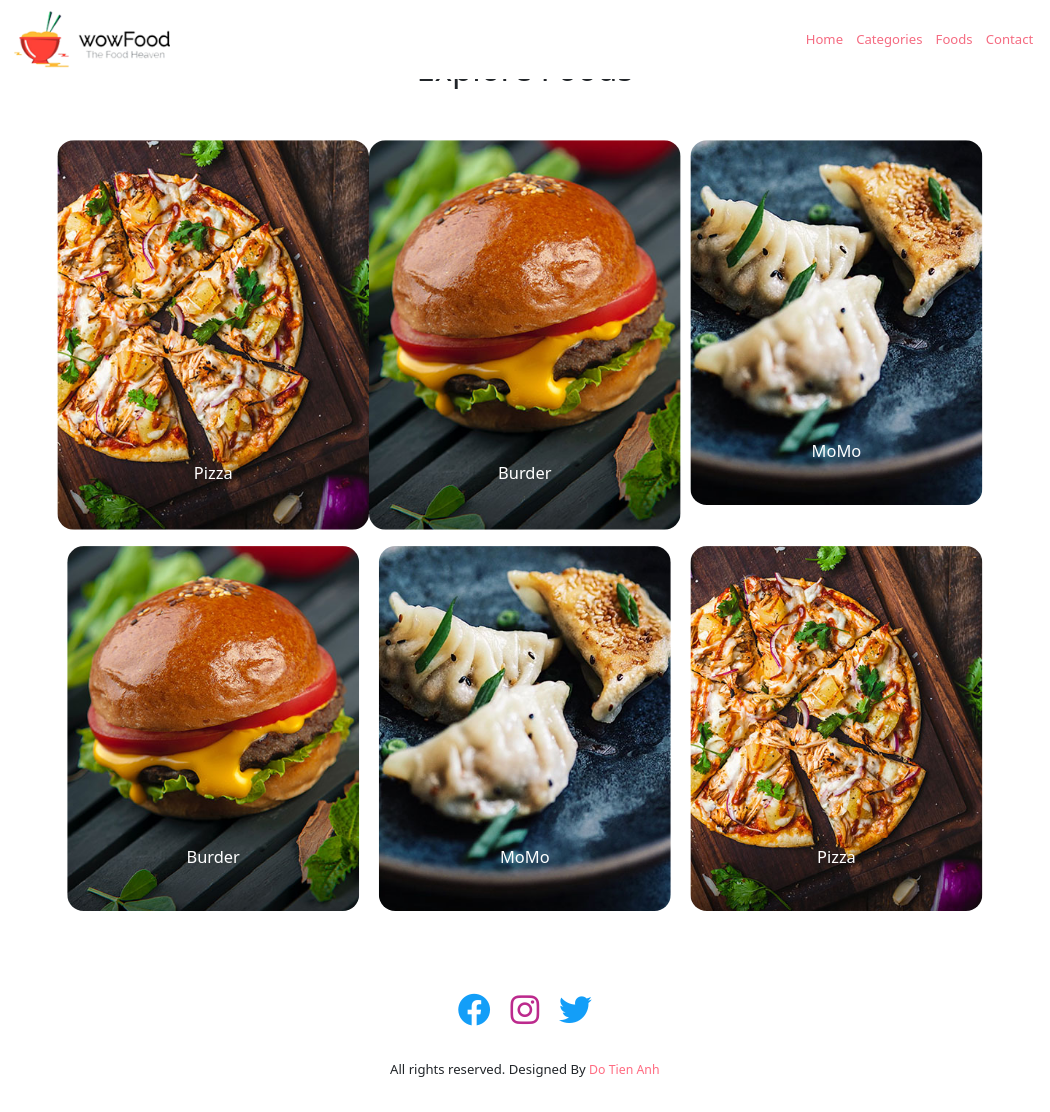
Repository: ruaruababa/RestaurantBS5
Page: http://localhost/html/categories.php
An editor plug-in stored every save of this project. The page is shown before and after a run of saves, followed by the edit.
The browser window is 1280 px wide. The pictures show the whole page, at 82% of full size.
The page is run by PHP 8.4 with error messages shown; the project is at /var/www/html/.

Above is the page before, as saved 2021-09-26 21:38:23.

### html/categories.php
<!DOCTYPE html>
<html lang="en">

<head>
    <meta charset="UTF-8">
    <meta http-equiv="X-UA-Compatible" content="IE=edge">
    <meta name="viewport" content="width=device-width, initial-scale=1.0">

    <title>Categories</title>
    <link href="https://cdn.jsdelivr.net/npm/bootstrap@5.1.1/dist/css/bootstrap.min.css" rel="stylesheet"
        integrity="sha384-F3w7mX95PdgyTmZZMECAngseQB83DfGTowi0iMjiWaeVhAn4FJkqJByhZMI3AhiU" crossorigin="anonymous" />
    <link rel="stylesheet" href="https://cdn.jsdelivr.net/npm/bootstrap-icons@1.5.0/font/bootstrap-icons.css" />
    <link rel="stylesheet" href="https://cdnjs.cloudflare.com/ajax/libs/font-awesome/6.0.0-beta2/css/all.min.css"
        integrity="sha512-YWzhKL2whUzgiheMoBFwW8CKV4qpHQAEuvilg9FAn5VJUDwKZZxkJNuGM4XkWuk94WCrrwslk8yWNGmY1EduTA=="
        crossorigin="anonymous" referrerpolicy="no-referrer" />
    <link rel="stylesheet" href="/restaurantbs5/css/style.css" />
</head>

<body>
    <nav class="navbar navbar-expand-lg navbar-light bg-light nav-fixed">
        <div class="container-fluid">
            <a class="navbar-brand" href="#">
                <img src="/restaurantbs5/img/logo.png" alt="" />
            </a>
            <button class="navbar-toggler" type="button" data-bs-toggle="collapse"
                data-bs-target="#navbarSupportedContent" aria-controls="navbarSupportedContent" aria-expanded="false"
                aria-label="Toggle navigation">
                <span class="navbar-toggler-icon"></span>
            </button>
            <div class="collapse navbar-collapse" id="navbarSupportedContent">
                <ul class="navbar-nav">
                    <li class="nav-item">
                        <a class="nav-link active nav-link-fixed" aria-current="page" href="/html/index.php">Home</a>
                    </li>
                    <li class="nav-item">
                        <a class="nav-link active nav-link-fixed" aria-current="page" href="/html/categories.php">Categories</a>
                    </li>
                    <li class="nav-item">
                        <a class="nav-link active nav-link-fixed" aria-current="page" href="/html/foods.php">Foods</a>
                    </li>
                    <li class="nav-item">
                        <a class="nav-link active nav-link-fixed" aria-current="page" href="#">Contact</a>
                    </li>
                </ul>
            </div>
        </div>
    </nav>

    <div class="slider">
        <!-- CATEGORIES -->
        <div class="slider__explorefoods">
            <h3 class="slider__heading">Explore Foods</h3>
            <div class="container">
                <div class="row hover-blur">
                    <!-- row1 -->
                    <div class=" col-lg-4 col-md-6 col-6 hover-blur-item">
                        <div class="slider__images-title">
                            <img src="/restaurantbs5/img/pizza.jpg" alt="" class="slider__img">
                            <h4 class="slider__img-text">Pizza</h4>
                        </div>
                    </div>
                    <div class=" col-lg-4 col-md-6 col-6 hover-blur-item">
                        <div class="slider__images-title">
                            <img src="/restaurantbs5/img/burger.jpg" alt="" class="slider__img">
                            <h4 class="slider__img-text">Burder</h4>
                        </div>
                    </div>
                    <div class=" col-lg-4 col-md-6 col-6">
                        <div class="slider__images-title">
                            <img src="/restaurantbs5/img/momo.jpg" alt="" class="slider__img">
                            <h4 class="slider__img-text">MoMo</h4>
                        </div>
                    </div>

                    <!-- row2 -->
                    <div class=" col-lg-4 col-md-6 col-6">
                        <div class="slider__images-title">
                            <img src="/restaurantbs5/img/burger.jpg" alt="" class="slider__img">
                            <h4 class="slider__img-text">Burder</h4>
                        </div>
                    </div>
                    <div class=" col-lg-4 col-md-6 col-6">
                        <div class="slider__images-title">
                            <img src="/restaurantbs5/img/momo.jpg" alt="" class="slider__img">
                            <h4 class="slider__img-text">MoMo</h4>
                        </div>
                    </div>
                    <div class="col-lg-4 col-md-6 col-6">
                        <div class="slider__images-title">
                            <img src="/restaurantbs5/img/pizza.jpg" alt="" class="slider__img">
                            <h4 class="slider__img-text">Pizza</h4>
                        </div>
                    </div>
                </div>
            </div>
        </div>

        <!-- ----------------------------------------------------------------------------- -->

    </div>
    <!-- FOOTER -->
    <div class="footer">
        <div class="footer__item">
            <a href="https://vi-vn.facebook.com/">
                <i class="footer__item-icon fab fa-facebook"></i>
            </a>
            <a href="">
                <i class="footer__item-icon2 fab fa-instagram"></i>
            </a>
            <a href="">
                <i class="footer__item-icon fab fa-twitter"></i>
            </a>

        </div>
        <div class="footer__text">
            <span>
                All rights reserved. Designed By&nbsp

            </span>

            <span class="footer__name-dev"> Do Tien Anh</span>

        </div>
    </div>
    <script src="https://cdn.jsdelivr.net/npm/bootstrap@5.1.1/dist/js/bootstrap.bundle.min.js"
        integrity="sha384-/bQdsTh/da6pkI1MST/rWKFNjaCP5gBSY4sEBT38Q/9RBh9AH40zEOg7Hlq2THRZ" crossorigin="anonymous">
    </script>
</body>

</html>

### css/style.css
body {
    overflow-x: hidden;
}

.nav-fixed {
    background-color: white !important;
    position: fixed;
    width: 100%;
    z-index: 1;
    top: 0;
}

.navbar-collapse {
    justify-content: end;
}

.nav-link-fixed {
    text-align: center;
    color: #f56b81 !important;
}

.border {
    border: none !important;
}

.border-radius {
    border-radius: 10px;
}

.card-body-fixed {
    margin-top: -70px;
    font-size: 24px;
    color: white;
}

/* Fixed Section */

.slider__explorefoods {
    margin-bottom: 100px;
}

.slider__heading {
    text-align: center;
    font-size: 40px;
    padding-top: 60px;
    padding-bottom: 35px;
}

.slider__images-title {
    position: relative;
}

.slider__img {
    width: 100%;
    margin-top: 20px;
    border-radius: 20px;
    cursor: pointer;
}

.slider__img-text {
    position: absolute;
    text-align: center;
    bottom: 10%;
    left: 0;
    right: 0;
    color: while;
    color: white;
    font-size: 20px;
}


/*-- end categogies-- */


/* food-menu */

.slider__foodmenu-bcl {
    background-color: rgb(228, 228, 228);
}

.slider__foodmenu-block {
    display: flex;
    background-color: white;
    border-radius: 10px;
    padding: 20px 0 20px 10px;
    margin: 10px 0;
}

.menu_img {
    padding: 10px;
    padding-left: 20px;
}

.foodmenu-img {
    width: 100%;
    border-radius: 10px;
}

.slider__foodmenu-right {
    margin: 0 10px;
    padding: 10px;
}

.slider__foodmenu-title {
    margin: 5px 0;
}

.slider__foodmenu-price {
    margin-bottom: 5px;
}

.slider__foodmenu-text {
    margin: 5px 0;
    line-height: 1.2rem;
}

.slider__foodmenu-btn {
    margin: 5px 0;
    width: 100px;
    height: 25px;
    background-color: #ff6b81;
    outline: none;
    border: none;
    color: white;
    border-radius: 3px;
    cursor: pointer;
}

.slider__foodmenu-btn:hover {
    background-color: #e294a0;
}

.slider__foodmenu-footer {
    padding: 40px 0;
    text-align: center;
    color: #ff6b81;
}


/* ---End Food-menu-- */



/* ----FOOTER------- */

.footer {
    margin-top: 20px;
}

.footer__item {
    text-align: center;
}

.footer__item a {
    text-decoration: none;
}

.footer__item-icon {
    font-size: 40px;
    margin: 0 20px;
    color: #139ef8;
}

.footer__item-icon2 {
    font-size: 40px;
    color: #bc2a8d;
}

.footer__text {
    display: flex;
    align-items: center;
    justify-content: center;
    margin: 40px 0;
}

.footer__text h3 {
    font-weight: 500;
    font-size: 15px;
}

.footer__name-dev {
    text-decoration: none;
    font-weight: 500;
    font-size: 15px;
    color: #ff6b81;
}



/* order */

.slider__order {
    background-color: #47b4d1;
    width: 100%;
    height: auto;
    padding: 100px 0 150px 0;
}

.slider__order-heading {
    font-size: 40px;
    padding-top: 50px;
    padding-bottom: 35px;
    text-align: center;
    color: #fff;
}

.order {
    max-width: 600px;
    margin: 0 auto;
}

.slider__order-selected {
    border: 1px solid #fff;
    border-radius: 5px;
}

.selected-heading {
    margin-left: 20px;
    font-size: 20px;
    transform: translateY(-14px);
}

.selected__left {
    padding-left: 30px;
    padding-top: 8px;
}

.selected-img {
    width: 100%;
    border-radius: 20px;
}

.selected__right {
    display: flex;
    flex-direction: column;
    padding: 0 30px 30px;
}

.selected__right-title {
    font-size: 25px;
}

.selected__right-price {
    font-size: 15px;
    padding-top: 5px;
}

.selected__right-quantity {
    font-size: 15px;
    padding: 5px 0;
}

.quantity-input {
    padding: 5px;
    outline: none;
    border: none;
    border-radius: 3px;
    width: 100%;
}

.slider__order-delivery {
    border: 1px solid #fff;
    margin-top: 50px;
    padding: 10px 30px 30px 30px;
    border-radius: 5px;
}

.delivery-heading {
    transform: translateY(-24px);
    font-size: 20px;
    display: inline-block;
    background-color: #47b4d1;

}

.deliverydetails {
    display: flex;
    flex-direction: column;
}

.delivery__title {
    padding-bottom: 5px;
}

.delivery-input {
    padding: 5px;
    margin-bottom: 15px;
    outline: none;
    border: none;
    border-radius: 3px;
}

.confirm-btn {
    outline: none;
    background-color: #ff6b81;
    border: none;
    color: #fff;
    padding: 8px 30px;
    border-radius: 3px;
    cursor: pointer;
}

.confirm-btn:hover {
    background-color: #ca7f8a;
}


/* Animation */

li {
    transition: all 0.2s ease 0s;
}

ul:hover li {
    filter: blur(3px);
    opacity: 0.5;
    transform: scale(0.98);
    box-shadow: none;
}

ul:hover li:hover {
    transform: scale(1.1);
    filter: blur(0px);
    opacity: 1;
    box-shadow: 0 8px 20px 0px rgba(0, 0, 0, 0.125);
}

.hover-blur-item {
    transition: all 0.2s ease 0s;
    padding: 0;
}

.hover-blur:hover .hover-blur-item {
    filter: blur(3px);
    opacity: 0.5;
    transform: scale(0.98);
    box-shadow: none;
}

.hover-blur:hover>.hover-blur-item:hover {
    transform: scale(1.1);
    filter: blur(0px);
    opacity: 1;
    box-shadow: 0 8px 20px 0px rgba(0, 0, 0, 0.125);
}

After the next 3 saves:
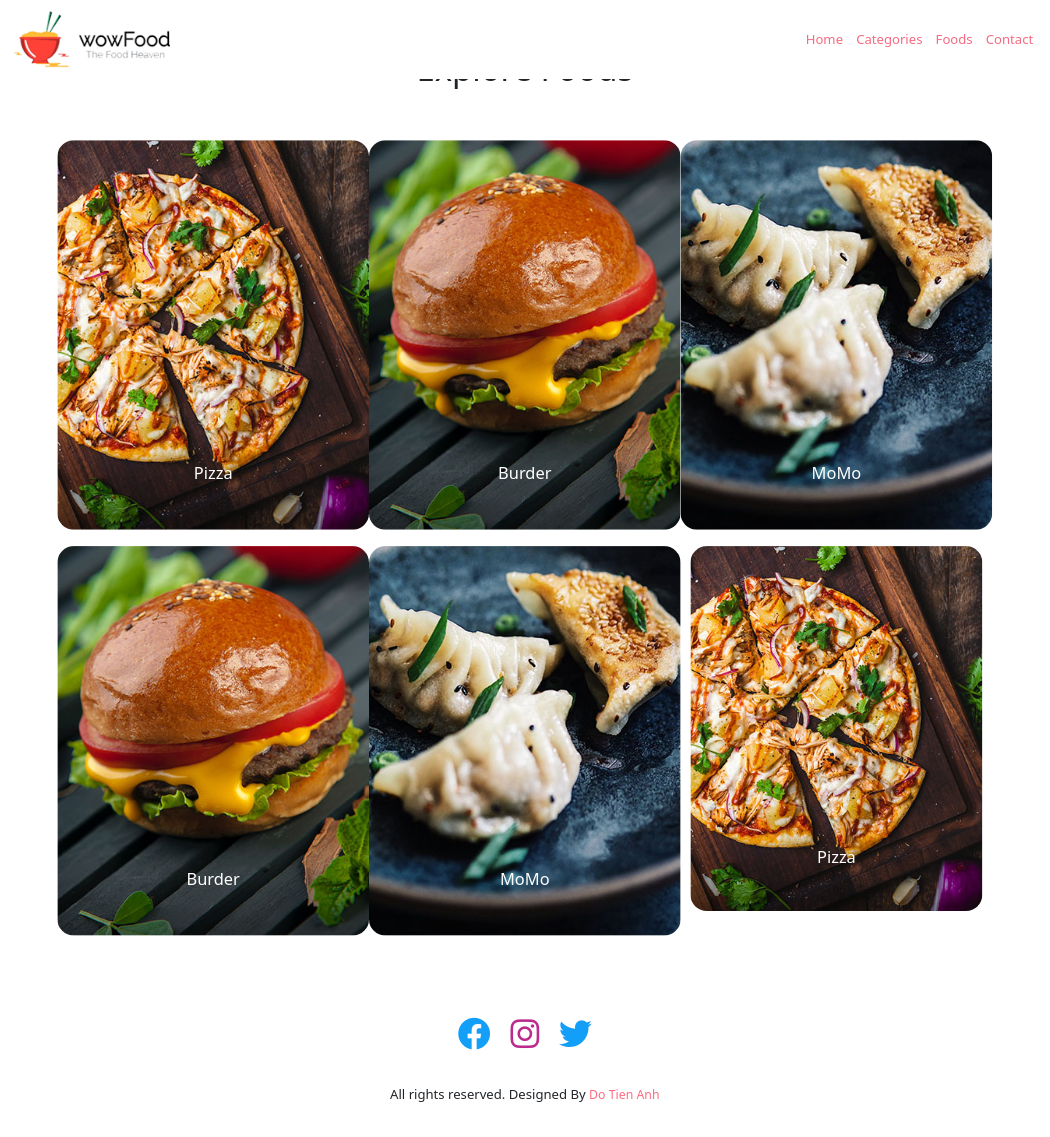
The 3 saves are shown as one change because they came seconds apart.
The last was saved 9 s later.
--- a/html/categories.php
+++ b/html/categories.php
@@ -65,7 +65,7 @@
                             <h4 class="slider__img-text">Burder</h4>
                         </div>
                     </div>
-                    <div class=" col-lg-4 col-md-6 col-6">
+                    <div class=" col-lg-4 col-md-6 col-6 hover-blur-item">
                         <div class="slider__images-title">
                             <img src="/restaurantbs5/img/momo.jpg" alt="" class="slider__img">
                             <h4 class="slider__img-text">MoMo</h4>
@@ -73,13 +73,13 @@
                     </div>
 
                     <!-- row2 -->
-                    <div class=" col-lg-4 col-md-6 col-6">
+                    <div class=" col-lg-4 col-md-6 col-6 hover-blur-item">
                         <div class="slider__images-title">
                             <img src="/restaurantbs5/img/burger.jpg" alt="" class="slider__img">
                             <h4 class="slider__img-text">Burder</h4>
                         </div>
                     </div>
-                    <div class=" col-lg-4 col-md-6 col-6">
+                    <div class=" col-lg-4 col-md-6 col-6 hover-blur-item">
                         <div class="slider__images-title">
                             <img src="/restaurantbs5/img/momo.jpg" alt="" class="slider__img">
                             <h4 class="slider__img-text">MoMo</h4>
